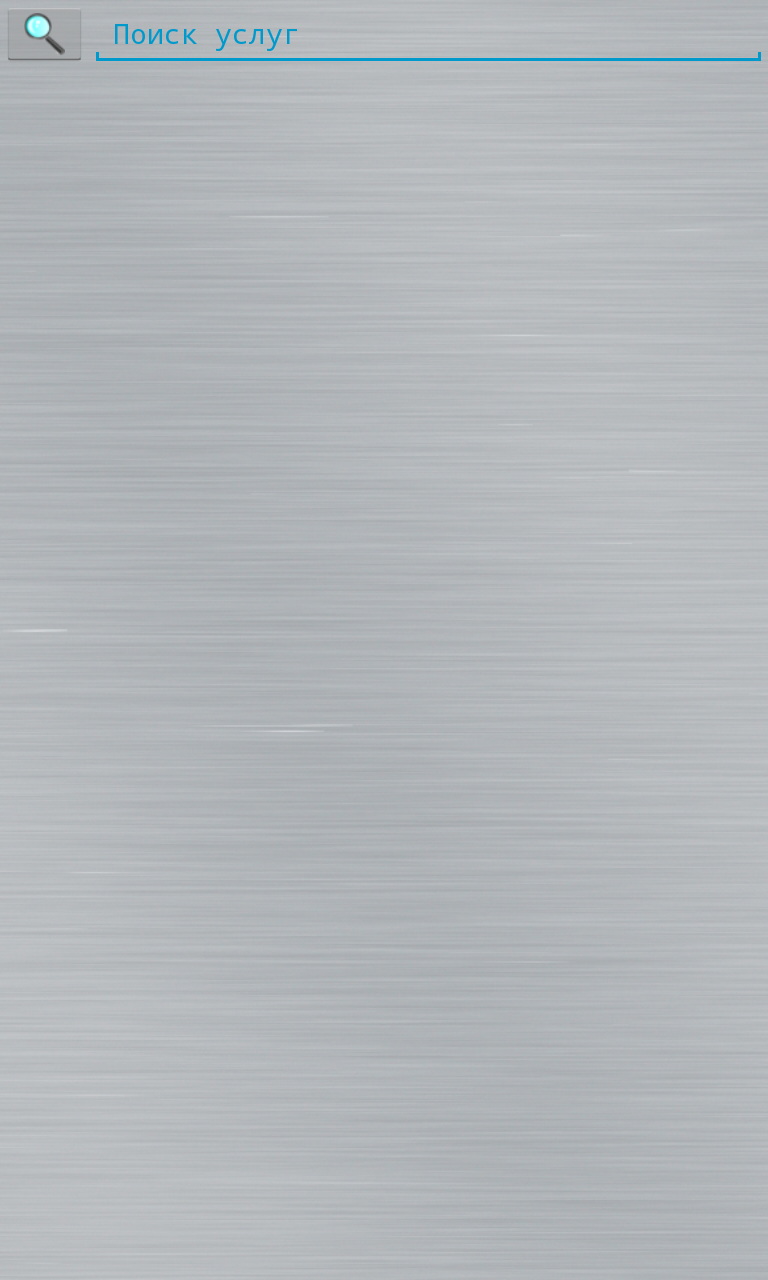
Repository: complexityclass/GosClient
Layout: Client/res/layout/listview_searchbar_layout.xml
These files come from the project's save history. The layout is drawn as it stood at one moment and after the next save; the edit follows.
It is drawn on a 768 x 1280 px phone screen (xhdpi) without system bars, with theme AppTheme; the app's code is not run. Lists and similar views that code fills are empty.

Above is the layout before, as saved 2013-04-21 08:55:18.

After the next save:
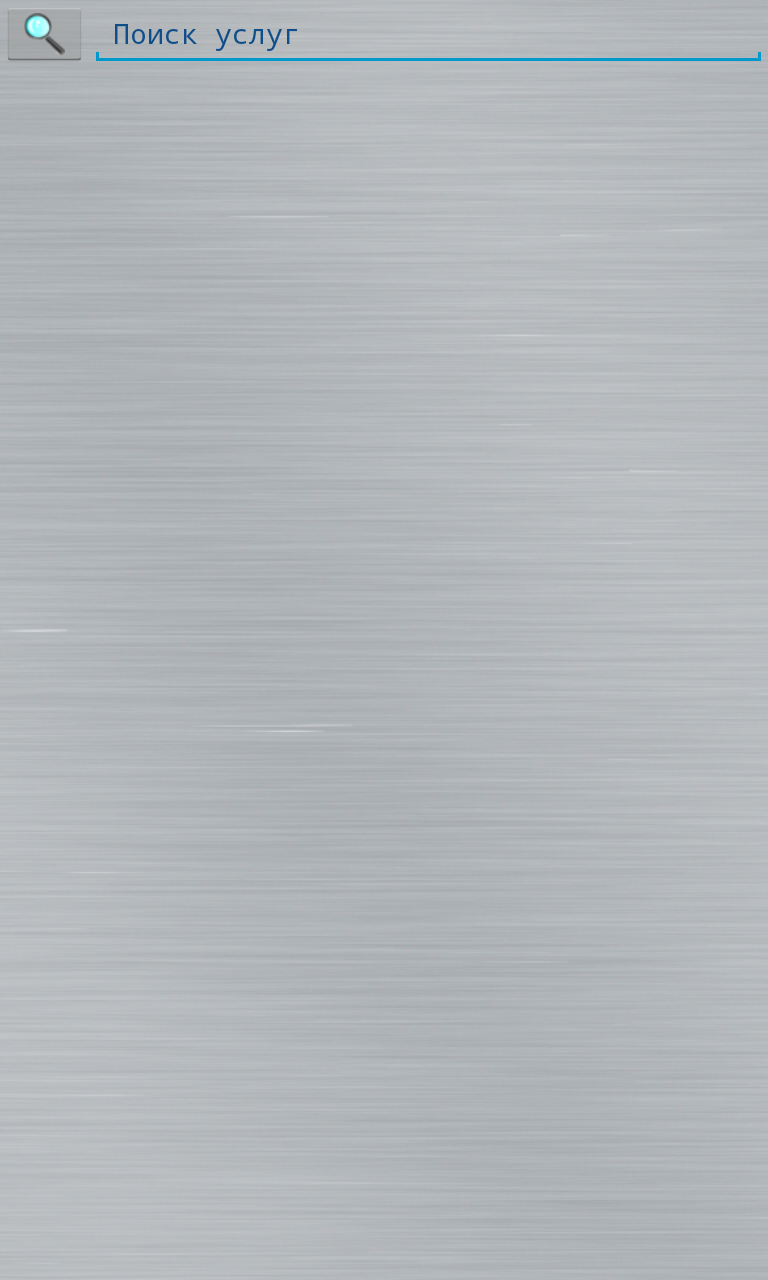
Saved 4 min 52 s later.
--- a/Client/res/layout/listview_searchbar_layout.xml
+++ b/Client/res/layout/listview_searchbar_layout.xml
@@ -13,7 +13,7 @@
         android:layout_alignParentTop="true"
         android:layout_toRightOf="@+id/ImageButton01"
         android:text="Поиск услуг"
-        android:textColor="@android:color/holo_blue_dark"
+        android:textColor="#104E8B"
         android:textSize="14dp"
         android:typeface="monospace"
         android:cursorVisible="false"
